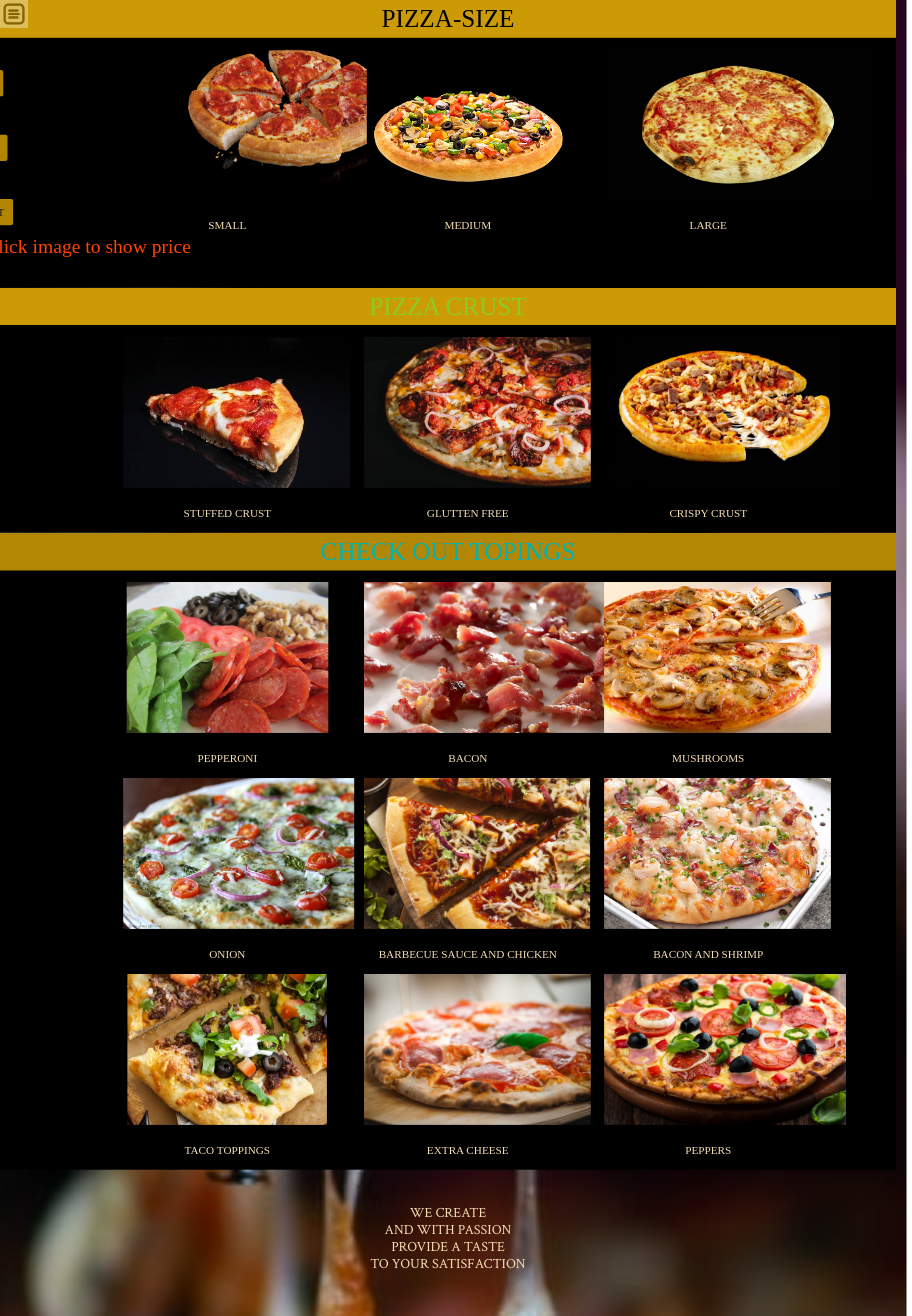
Repository: alexmwaura/MOREO--PIZZA-IP4
Page: mine.html
The author's editor kept a copy of each file at every save. The page is drawn from the files as they stood at one save, then again after the next save.
The browser window is 1280 px wide. The page is 1303 px wide, so the pictures cover 1303 px, including what lies to the right of the window. The pictures show the part of the page from y = 0 to 1880 px (the page is 3153 px tall), at 70% of full size.
Some web fonts or font styles are not loaded; a fallback is used.

Above is the page before, as saved 2019-09-01 17:34:43.

### mine.html
<!DOCTYPE html>
<html lang="en">

<head>
    <meta charset="UTF-8">
    <meta name="viewport" content="width=device-width, initial-scale=1.0">
    <meta http-equiv="X-UA-Compatible" content="ie=edge">

    <title> MOREO RESTAURANT</title>

    <link href="https://fonts.googleapis.com/css?family=Kaushan+Script&display=swap" rel="stylesheet">
    <link href="https://fonts.googleapis.com/css?family=Pacifico|Rancho&display=swap" rel="stylesheet">
    <link href="https://fonts.googleapis.com/css?family=Crimson+Text&display=swap" rel="stylesheet">

    <link rel="stylesheet" href="./CSS/bootstrap.css">
    <link rel="stylesheet" href="./CSS/styles.css">
    <script src="./SCRIPTS/jquery-3.4.1.js"></script>
    <script src="./SCRIPTS/scripts.js"></script>
</head>

<body>
    <nav>
        <a href="#" class="nav-toggle-btn bg-success"></a>
        <ul>
            <li><a href="./index.html" class="btn bg-warning" style="margin-left: -14%">HOME</a></li><br><br>
            <li><a href="#pizza" class="btn bg-warning" style="margin-left: -15%">ORDER</a></li><br><br>
            <li><a href="#nav" class="btn bg-warning" style="margin-left: -35%">CONTACT</a></li>
        </ul>
    </nav>

    <div class="content">


            <div class="address">
                    <div class="">



                        <div class="bg-warning" id="pizza-crust" style="opacity: 0.8">

                            <p style="color: black">PIZZA-SIZE</p>

                        </div>

                        <div class="row">

                            &nbsp;&nbsp;&nbsp;&nbsp;&nbsp;&nbsp;&nbsp;&nbsp;&nbsp;&nbsp;&nbsp;&nbsp;&nbsp;&nbsp;&nbsp;&nbsp;&nbsp;&nbsp;&nbsp;&nbsp;&nbsp;&nbsp;&nbsp;&nbsp;&nbsp;&nbsp;&nbsp;&nbsp;&nbsp;&nbsp;&nbsp;&nbsp;&nbsp;&nbsp;&nbsp;&nbsp;&nbsp;&nbsp;&nbsp;&nbsp;&nbsp;&nbsp;&nbsp;&nbsp;

                            <div class="col-lg-3 col-md-3 col-sm-3">
                                <div id="workS1">
                                    <img src="./IMAGES/small2.png" alt="" class="img-fluid-S1"><br><br>

                                    <div class="overlay">
                                        <div class="line">
                                            <p class="trial1">SMALL</p>
                                            <p class="pS1">
                                                    <h5 class="pS1"><strong> PRICE: <br>
                                                        <em><h1 style="font-size: 10vh">500 ksh</h1></em><br>
                                                    </strong></h5>
                                            </p>

                                        </div>

                                    </div>

                                </div>



                            </div>
                            &nbsp;&nbsp;&nbsp;&nbsp;

                            <div class="col-lg-3 col-md-3 col-sm-3">
                                <div id="workS2">
                                    <img src="./IMAGES/medium.jpg" alt="" class="img-fluid-S2"><br><br>

                                    <div class="overlay">
                                        <div class="line">
                                            <p class="trialS2">MEDIUM </p>
                                            <p class="pS2">
                                                    <h5 class="pS2"><strong> PRICE: <br>
                                                        <em><h1 style="font-size: 10vh">700 ksh</h1></em><br>
                                                    </strong></h5>
                                            </p>



                                        </div>

                                    </div>

                                </div>

                            </div>

                            &nbsp;&nbsp;&nbsp;&nbsp;


                            <div class="col-lg-3 col-md-3 col-sm-3">
                                <div id="workS3">
                                    <img src="./IMAGES/large4.jpg" alt="" class="img-fluid-S3 "><br><br>

                                    <div class="overlay">
                                        <div class="line">
                                            <p class="trialS3">LARGE</p>
                                            <p class="pS3">
                                                    <h5 class="pS3"><strong> PRICE: <br>
                                                        <em><h1 style="font-size: 10vh">1000 ksh</h1></em><br>
                                                </strong></h5>
                                            </p>


                                        </div>

                                    </div>

                                </div>

                            </div>

                            <div class="form-group">
                                <h3 style="color: orangered" style="font-size: 10vh" class="price"> click image to show price</h3>
                            </div>


                        </div>

                    </div>

                </div>







        <div class="address">
            <div class="">



                <div class="bg-warning" id="pizza-crust" style="opacity: 0.8">

                    <p style="color:greenyellow">PIZZA CRUST</p>

                </div>

                <div class="row">

                    &nbsp;&nbsp;&nbsp;&nbsp;&nbsp;&nbsp;&nbsp;&nbsp;&nbsp;&nbsp;&nbsp;&nbsp;&nbsp;&nbsp;&nbsp;&nbsp;&nbsp;&nbsp;&nbsp;&nbsp;&nbsp;&nbsp;&nbsp;&nbsp;&nbsp;&nbsp;&nbsp;&nbsp;&nbsp;&nbsp;&nbsp;&nbsp;&nbsp;&nbsp;&nbsp;&nbsp;&nbsp;&nbsp;&nbsp;&nbsp;&nbsp;&nbsp;&nbsp;&nbsp;

                    <div class="col-lg-3 col-md-3 col-sm-3">
                        <div id="work1">
                            <img src="./IMAGES/stuffed4.jpg" alt="" class="img-fluid-1"><br><br>

                            <div class="overlay">
                                <div class="line">
                                    <p class="trial1">STUFFED CRUST</p>
                                    <p class="p1">
                                        <h5 class="p1"><strong> PRICE: <br>
                                            <em>SMALL; KSH 100</em><br>
                                            <em>MEDIUM; KSH 150</em><br>
                                            <em>LARGE; KSH 200</em>
                                        </strong></h5>
                                    </p>

                                </div>

                            </div>

                        </div>



                    </div>
                    &nbsp;&nbsp;&nbsp;&nbsp;

                    <div class="col-lg-3 col-md-3 col-sm-3">
                        <div id="work2">
                            <img src="./IMAGES/glutten2.jpg" alt="" class="img-fluid-2"><br><br>

                            <div class="overlay">
                                <div class="line">
                                    <p class="trial2">GLUTTEN FREE </p>
                                    <p class="p2">
                                        <h5 class="p2"><strong> PRICE: <br>
                                            <em>SMALL; KSH 50</em><br>
                                            <em>MEDIUM; KSH 100</em><br>
                                            <em>LARGE; KSH 150</em>
                                        </strong></h5>
                                    </p>



                                </div>

                            </div>

                        </div>

                    </div>

                    &nbsp;&nbsp;&nbsp;&nbsp;


                    <div class="col-lg-3 col-md-3 col-sm-3">
                        <div id="work3">
                            <img src="./IMAGES/crispy3.jpg" alt="" class="img-fluid-3 "><br><br>

                            <div class="overlay">
                                <div class="line">
                                    <p class="trial3">CRISPY CRUST</p>
                                    <p class="p3">
                                        <h5 class="p3"><strong> PRICE: <br>
                                            <em>SMALL; KSH 100</em><br>
                                            <em>MEDIUM; KSH 150</em><br>
                                            <em>LARGE; KSH 200</em>
                                        </strong></h5>
                                    </p>


                                </div>

                            </div>

                        </div>

                    </div>



                </div>

            </div>

        </div>



        <div class="dance">

            <div class="">

                <div class="bg-warning" id="pizza-toppings" style="opacity: 0.7">
                    <p style="color: aqua">CHECK OUT TOPINGS</p>

                </div>

                <div class="row">

                    &nbsp;&nbsp;&nbsp;&nbsp;&nbsp;&nbsp;&nbsp;&nbsp;&nbsp;&nbsp;&nbsp;&nbsp;&nbsp;&nbsp;&nbsp;&nbsp;&nbsp;&nbsp;&nbsp;&nbsp;&nbsp;&nbsp;&nbsp;&nbsp;&nbsp;&nbsp;&nbsp;&nbsp;&nbsp;&nbsp;&nbsp;&nbsp;&nbsp;&nbsp;&nbsp;&nbsp;&nbsp;&nbsp;&nbsp;&nbsp;&nbsp;&nbsp;&nbsp;&nbsp;

                    <div class="col-lg-3 col-md-3 col-sm-3">
                        <div id="work4">
                            <img src="./IMAGES/pepporoni.jpg" alt="" class="img-fluid-4"><br><br>

                            <div class="overlay">
                                <div class="line">
                                    <p class="trial4">PEPPERONI</p>
                                    <p class="p4">
                                        <h5 class="p4"><strong> PRICE: <br>
                                            <em>SMALL; KSH 50</em><br>
                                            <em>MEDIUM; KSH 70</em><br>
                                            <em>LARGE; KSH 100</em>
                                        </strong></h5>
                                    </p>


                                </div>

                            </div>

                        </div>

                    </div>




                    &nbsp;&nbsp;&nbsp;&nbsp;


                    <div class="col-lg-3 col-md-3 col-sm-3">
                        <div id="work5">
                            <img src="./IMAGES/bacon.jpg" alt="" class="img-fluid-5"><br><br>

                            <div class="overlay">
                                <div class="line">
                                    <p class="trial5">BACON </p>
                                    <p class="p5">
                                        <h5 class="p5"><strong> PRICE: <br>
                                            <em>SMALL; KSH 80</em><br>
                                            <em>MEDIUM; KSH 100</em><br>
                                            <em>LARGE; KSH 150</em>
                                        </strong></h5>
                                    </p>


                                </div>

                            </div>

                        </div>

                    </div>

                    &nbsp;&nbsp;&nbsp;&nbsp;


                    <div class="col-lg-3 col-md-3 col-sm-3">
                        <div id="work6">
                            <img src="./IMAGES/mushroom2.jpg" alt="" class="img-fluid-6"><br><br>

                            <div class="overlay">
                                <div class="line">
                                    <p class="trial6">MUSHROOMS</p>
                                    <p class="p6">
                                        <h5 class="p6"><strong> PRICE: <br>
                                            <em>SMALL; KSH 80</em><br>
                                            <em>MEDIUM; KSH 120</em><br>
                                            <em>LARGE; KSH 150</em>
                                        </strong></h5>
                                    </p>


                                </div>

                            </div>

                        </div>

                    </div>



                </div>

                <div class="row">

                    &nbsp;&nbsp;&nbsp;&nbsp;&nbsp;&nbsp;&nbsp;&nbsp;&nbsp;&nbsp;&nbsp;&nbsp;&nbsp;&nbsp;&nbsp;&nbsp;&nbsp;&nbsp;&nbsp;&nbsp;&nbsp;&nbsp;&nbsp;&nbsp;&nbsp;&nbsp;&nbsp;&nbsp;&nbsp;&nbsp;&nbsp;&nbsp;&nbsp;&nbsp;&nbsp;&nbsp;&nbsp;&nbsp;&nbsp;&nbsp;&nbsp;&nbsp;&nbsp;&nbsp;

                    <div class="col-lg-3 col-md-3 col-sm-3">
                        <div id="work7">
                            <img src="./IMAGES/onions.jpg" alt="" class="img-fluid-7"><br><br>

                            <div class="overlay">
                                <div class="line">
                                    <p class="trial4">ONION</p>
                                    <p class="p7">
                                        <h5 class="p7"><strong> PRICE: <br>
                                            <em>SMALL; KSH 20</em><br>
                                            <em>MEDIUM; KSH 30</em><br>
                                            <em>LARGE; KSH 30</em>
                                        </strong></h5>
                                    </p>


                                </div>

                            </div>

                        </div>

                    </div>




                    &nbsp;&nbsp;&nbsp;&nbsp;


                    <div class="col-lg-3 col-md-3 col-sm-3">
                        <div id="work8">
                            <img src="./IMAGES/barbecue.jpg" alt="" class="img-fluid-8"><br><br>

                            <div class="overlay">
                                <div class="line">
                                    <p class="trial5">BARBECUE SAUCE AND CHICKEN </p>
                                    <p class="p8">
                                        <h5 class="p8"><strong> PRICE: <br>
                                            <em>SMALL; KSH 100</em><br>
                                            <em>MEDIUM; KSH 150</em><br>
                                            <em>LARGE; KSH 200</em>
                                        </strong></h5>
                                    </p>


                                </div>

                            </div>

                        </div>

                    </div>

                    &nbsp;&nbsp;&nbsp;&nbsp;


                    <div class="col-lg-3 col-md-3 col-sm-3">
                        <div id="work9">
                            <img src="./IMAGES/shrimp.jpg" alt="" class="img-fluid-9"><br><br>

                            <div class="overlay">
                                <div class="line">
                                    <p class="trial6">BACON AND SHRIMP</p>
                                    <p class="p9">
                                        <h5 class="p9"><strong> PRICE: <br>
                                            <em>SMALL; KSH 80</em><br>
                                            <em>MEDIUM; KSH 100</em><br>
                                            <em>LARGE; KSH 150</em>
                                        </strong></h5>
                                    </p>


                                </div>

                            </div>

                        </div>

                    </div>



                </div>


                <div class="row">

                    &nbsp;&nbsp;&nbsp;&nbsp;&nbsp;&nbsp;&nbsp;&nbsp;&nbsp;&nbsp;&nbsp;&nbsp;&nbsp;&nbsp;&nbsp;&nbsp;&nbsp;&nbsp;&nbsp;&nbsp;&nbsp;&nbsp;&nbsp;&nbsp;&nbsp;&nbsp;&nbsp;&nbsp;&nbsp;&nbsp;&nbsp;&nbsp;&nbsp;&nbsp;&nbsp;&nbsp;&nbsp;&nbsp;&nbsp;&nbsp;&nbsp;&nbsp;&nbsp;&nbsp;

                    <div class="col-lg-3 col-md-3 col-sm-3">
                        <div id="work10">
                            <img src="./IMAGES/taco.jpg" alt="" class="img-fluid-10"><br><br>

                            <div class="overlay">
                                <div class="line">
                                    <p class="trial4">TACO TOPPINGS</p>
                                    <p class="p10">
                                        <h5 class="p10"><strong> PRICE: <br>
                                            <em>SMALL; KSH 100</em><br>
                                            <em>MEDIUM; KSH 150</em><br>
                                            <em>LARGE; KSH 200</em>
                                        </strong></h5>
                                    </p>


                                </div>

                            </div>

                        </div>

                    </div>




                    &nbsp;&nbsp;&nbsp;&nbsp;


                    <div class="col-lg-3 col-md-3 col-sm-3">
                        <div id="work11">
                            <img src="./IMAGES/cheese 2.jpg" alt="" class="img-fluid-11"><br><br>

                            <div class="overlay">
                                <div class="line">
                                    <p class="trial5">EXTRA CHEESE </p>
                                    <p class="p11">
                                        <h5 class="p11"><strong> PRICE: <br>
                                            <em>SMALL; KSH 80</em><br>
                                            <em>MEDIUM; KSH 120</em><br>
                                            <em>LARGE; KSH 150</em>
                                        </strong></h5>
                                    </p>


                                </div>

                            </div>

                        </div>

                    </div>

                    &nbsp;&nbsp;&nbsp;&nbsp;


                    <div class="col-lg-3 col-md-3 col-sm-3">
                        <div id="work12">
                            <img src="./IMAGES/pepper.jpg" alt="" class="img-fluid-12"><br><br>

                            <div class="overlay">
                                <div class="line">
                                    <p class="trial6">PEPPERS</p>
                                    <p class="p12">
                                        <h5 class="p12"><strong> PRICE: <br>
                                            <em>SMALL; KSH 20</em><br>
                                            <em>MEDIUM; KSH 30</em><br>
                                            <em>LARGE; KSH 30</em>
                                        </strong></h5>
                                    </p>


                                </div>

                            </div>

                        </div>

                    </div>



                </div>


            </div>





        </div>

        <div id="trial">


            <div id="pizza">
                <h2 class="pizza">WE CREATE <br>AND WITH PASSION <br> PROVIDE A TASTE <br> TO YOUR SATISFACTION</h2>
                <br><br>
                <h1>FILL IN DETAILS TO START YOUR ORDER:</h1>


            </div><br><br>



        </div>







        <form id="form" class="container">





            <div class="final">





                    <div class="bg-dark" id="pizza-size">
                            <label class="form-control bg-warning" style="font-size: 20px;" >CHOOSE SIZE</label>
                            <h4>Small</h4>
                            <input type="radio" name="size" value="Small" id="small">
                            <h4>Medium</h4>
                            <input type="radio" name="size" value="Medium" id="medium">
                            <h4>Large</h4>
                            <input type="radio" name="size" value="Large" id="large">
                        </div>


                        <div class="bg-dark" id="choose">
                            <label class="form-control bg-warning" style="font-size: 20px;">CHOOSE CRUST</label>
                            <h4>Crispy</h4>
                            <input type="radio" value="Crispy" name="crust" id="crispy">
                            <h4>Stuffed</h4>
                            <input type="radio" value="Stuffed" name="crust" id="stuffed">
                            <h4>glutten free</h4>
                            <input type="radio" value="Gluten-free" name="crust" id="gluten">
                        </div><br><br>







                        <select id="toppings" class="form-control-range btn-dark">

                            <option value="" disabled selected>TOPPINGS</option>
                            <div>
                                <option value="Mushrooms" id="mushrooms">Mushrooms</option>
                            <option value="Onions" id="onions">Onions</option>
                            <option value="Pepperoni" id="peppe">Pepperoni</option>
                            <option value="Bacon" id="bacon">Bacon and shrimp</option>
                            <option value="Barbecue" id="chicken">Barbecue sauce and chicken</option>
                            <option value="taco" id="taco">Taco toppings</option>
                            <option value="Cheese" id="cheese">Extra cheese</option>
                            <option value="Peppers" id="green">Green peppers</option>
                            <option value="Peppers" id="green">Red peppers</option>
                            <option value="Peppers" id="green">Yellow peppers</option>
                            </div>

                        </select>


                        <div class="card-body">
                            <label for="delivery" id="delivery">
                                <h3>Delivery charges: </h3>
                            </label>
                            <label for="charges" id="charges">300</label><br>
                            <label for="details" id="order" class="form-control bg-warning" style="opacity: 0.6;">
                                <h3 style="color: darkred">check out order:</h3>
                            </label><br>
                            <button id="check" type="submit">Checkout</button><br>
                            <label id="details"></label>


                            <label id="total" class="bg-warning form-control" style="display: none; opacity: 0.4;">

                                <label for="price" id="price">

                                </label>
                                <label for="amount" id="pizza-amount">
                                    <h3></h3>
                                </label>

                            </label>

                        </div> <br>


            </div>

            <div class="border-dark">
                <div class="jumbotron">
                    <label class="form-control bg-warning" style="font-size: 25px;" >NUMBER OF PIZZA</label>
                    <input  class="form-control-range badge-pill" type="number" min="1" id="number">
                </div>


            </div>

            <div class="container">

                <button id="pick" type="submit">Pickup</button>
                <button id="deliver" type="submit">Deliver</button>

            </div>

        </form>
















    </div>
















</body>

Loaded but not shown: CSS/bootstrap.css (library); SCRIPTS/jquery-3.4.1.js (library); SCRIPTS/scripts.js (103 lines, source omitted); CSS/styles.css (363 lines, source omitted)

After the next save:
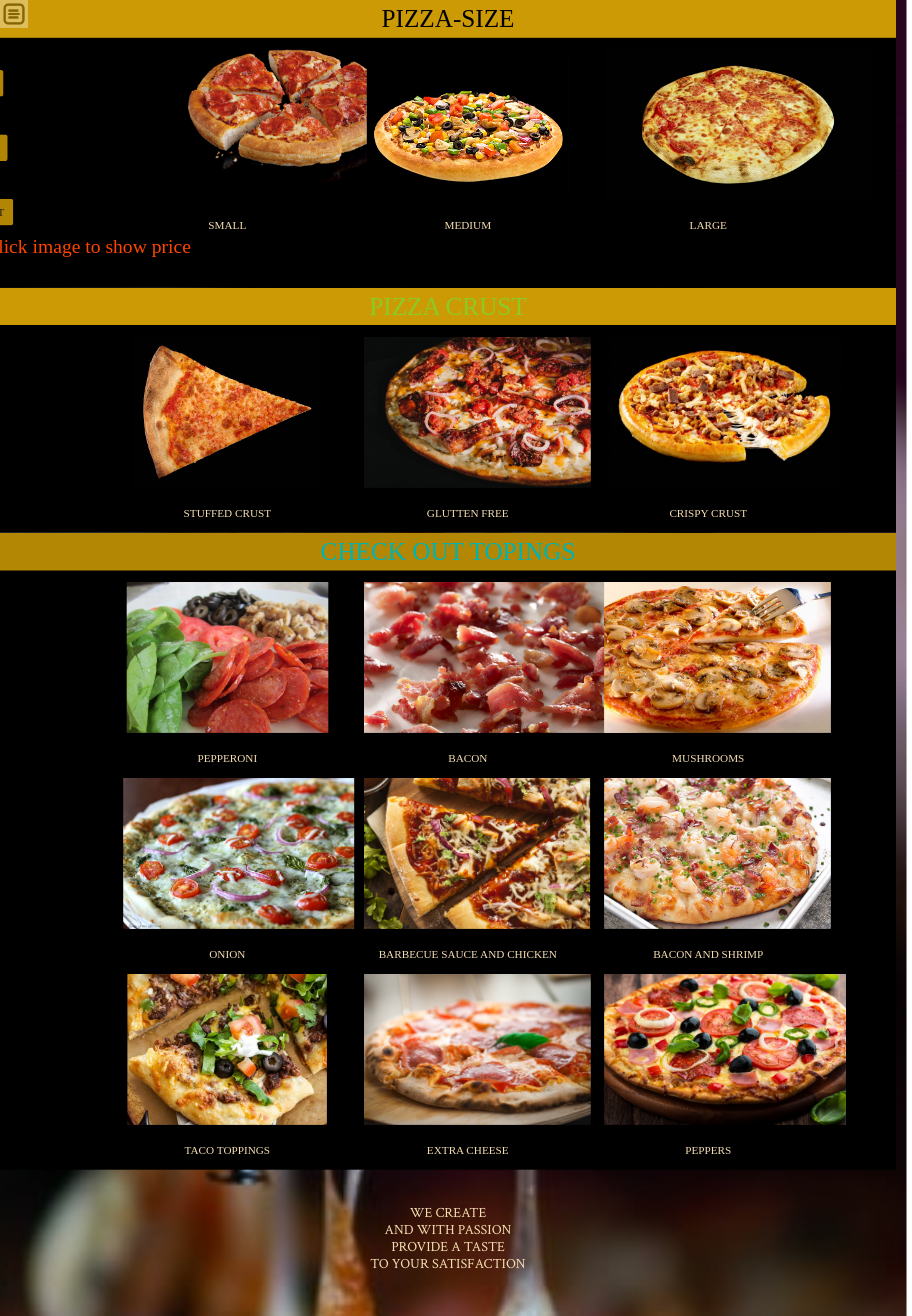
Saved 56 s later.
--- a/mine.html
+++ b/mine.html
@@ -152,7 +152,7 @@
 
                     <div class="col-lg-3 col-md-3 col-sm-3">
                         <div id="work1">
-                            <img src="./IMAGES/stuffed4.jpg" alt="" class="img-fluid-1"><br><br>
+                            <img src="./IMAGES/stuffed5.jpg" alt="" class="img-fluid-1"><br><br>
 
                             <div class="overlay">
                                 <div class="line">
